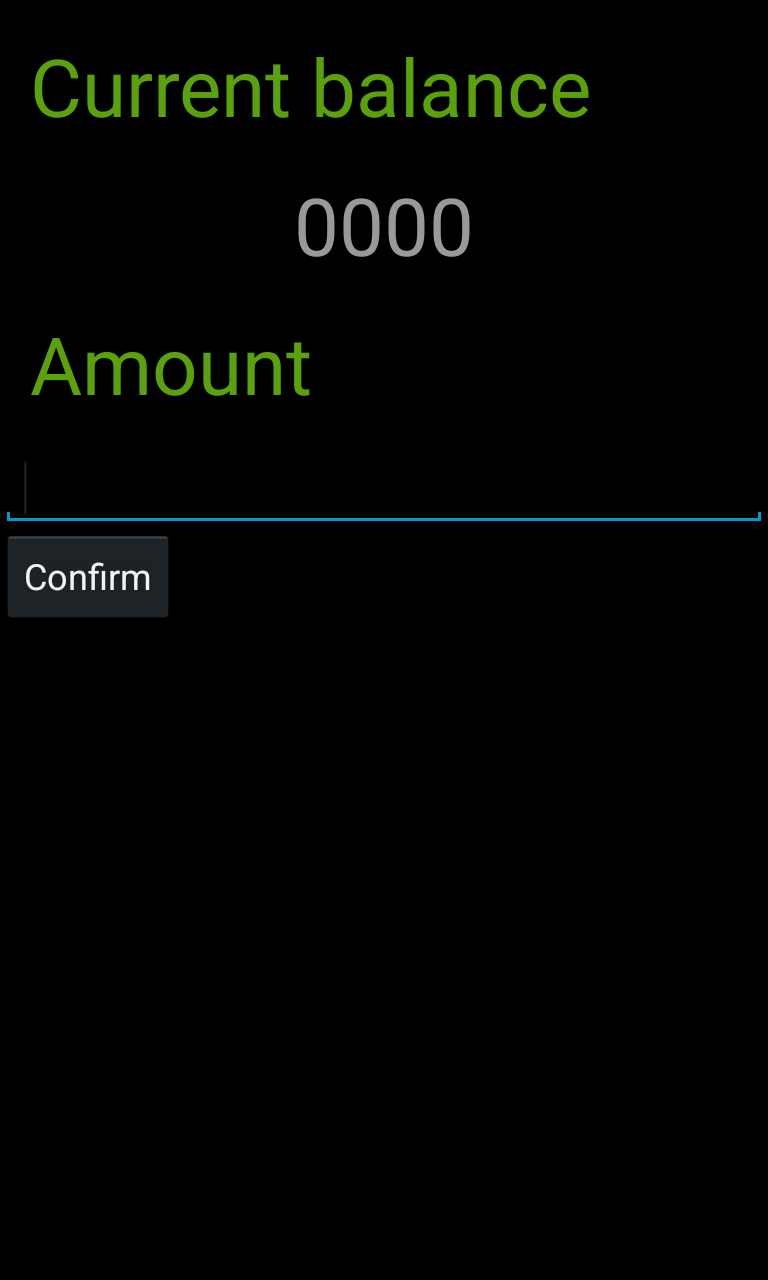
Repository: rrafols/EcoHack
Layout: EcoWalletAndroid/res/layout/payment_layout.xml
The author's editor kept a copy of each file at every save. The layout is drawn from the files as they stood at one save, then again after the next save.
It is drawn on a 768 x 1280 px phone screen (xhdpi) without system bars, with theme android:Theme.Holo; the app's code is not run.

Above is the layout before, as saved 2014-02-23 05:21:40.

After the next save:
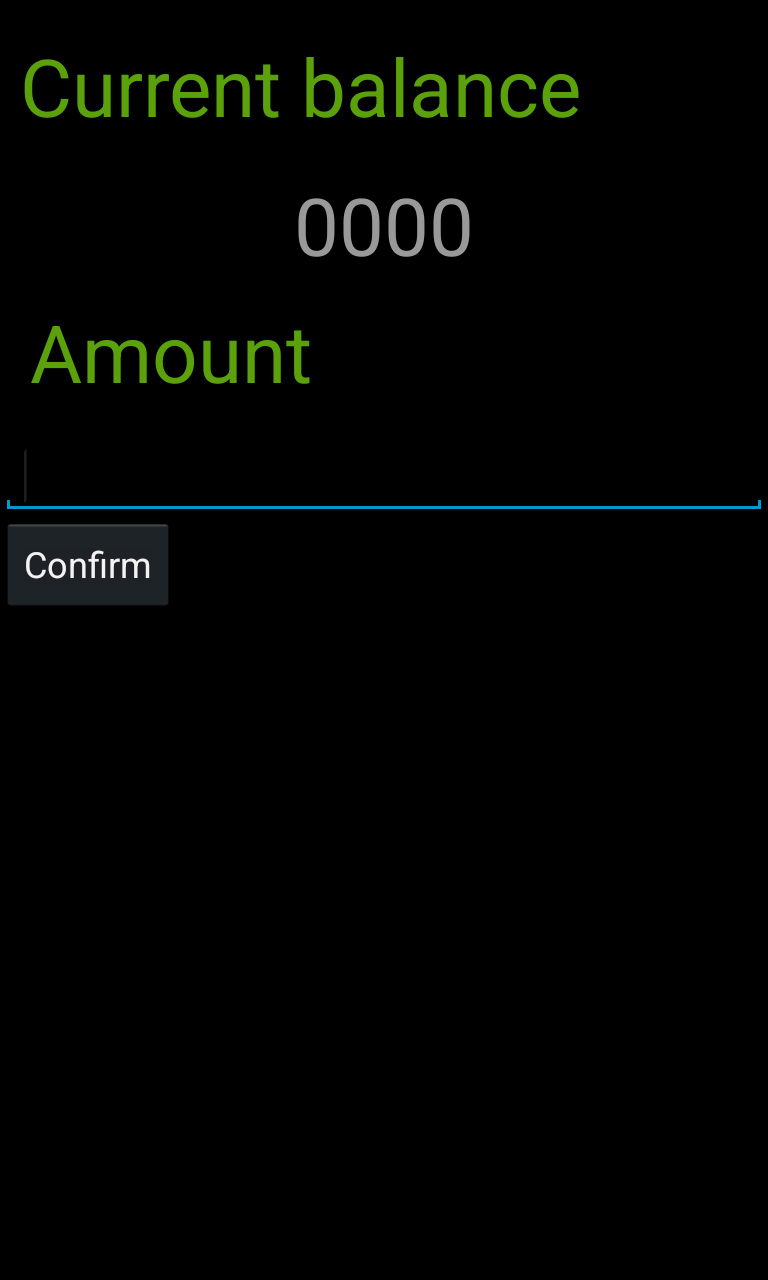
Saved 22 s later.
--- a/EcoWalletAndroid/res/layout/payment_layout.xml
+++ b/EcoWalletAndroid/res/layout/payment_layout.xml
@@ -13,7 +13,7 @@
         android:id="@+id/textView1"
         android:layout_width="wrap_content"
         android:layout_height="wrap_content"
-        android:layout_marginLeft="15dp"
+        android:layout_marginLeft="10dp"
         android:layout_marginTop="@dimen/activity_vertical_margin"
         android:layout_marginBottom="16dp"
         android:text="Current balance"
@@ -36,7 +36,7 @@
         android:layout_width="match_parent"
         android:layout_height="wrap_content"
         android:layout_marginLeft="15dp"
-        android:layout_marginTop="@dimen/activity_vertical_margin"
+        android:layout_marginTop="10dp"
         android:layout_marginBottom="16dp"
         android:text="Amount"
         android:textAppearance="?android:attr/textAppearanceLarge"
